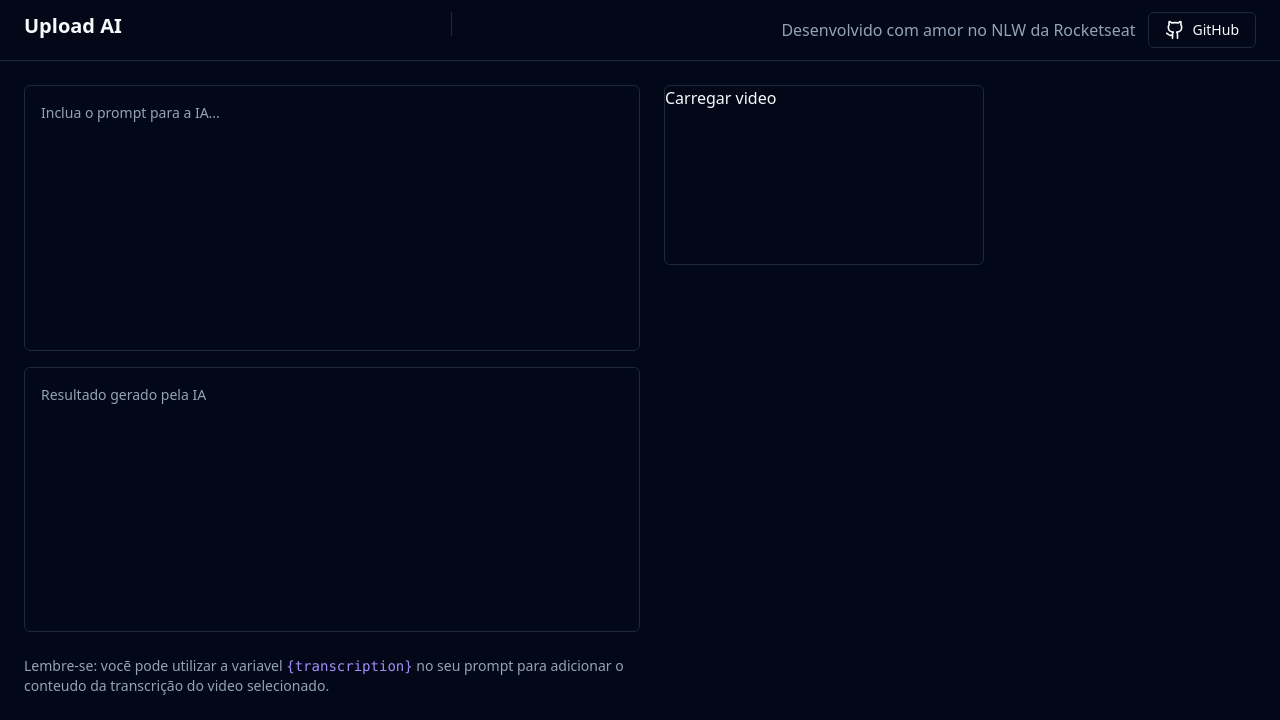
Repository: brksaian/nlw-2023-IA
Page: /
An editor plug-in stored every save of this project. The page is shown before and after the next save, followed by the edit.
The browser window is 1280 px wide. The pictures show the whole page.
The project was rebuilt for these pictures with package versions that can differ from the ones it lists, and the page was loaded fresh each time. Also part of the build but not shown: vite.config.ts.

Above is the page before, as saved 2023-09-12 22:23:34.

After the next save:
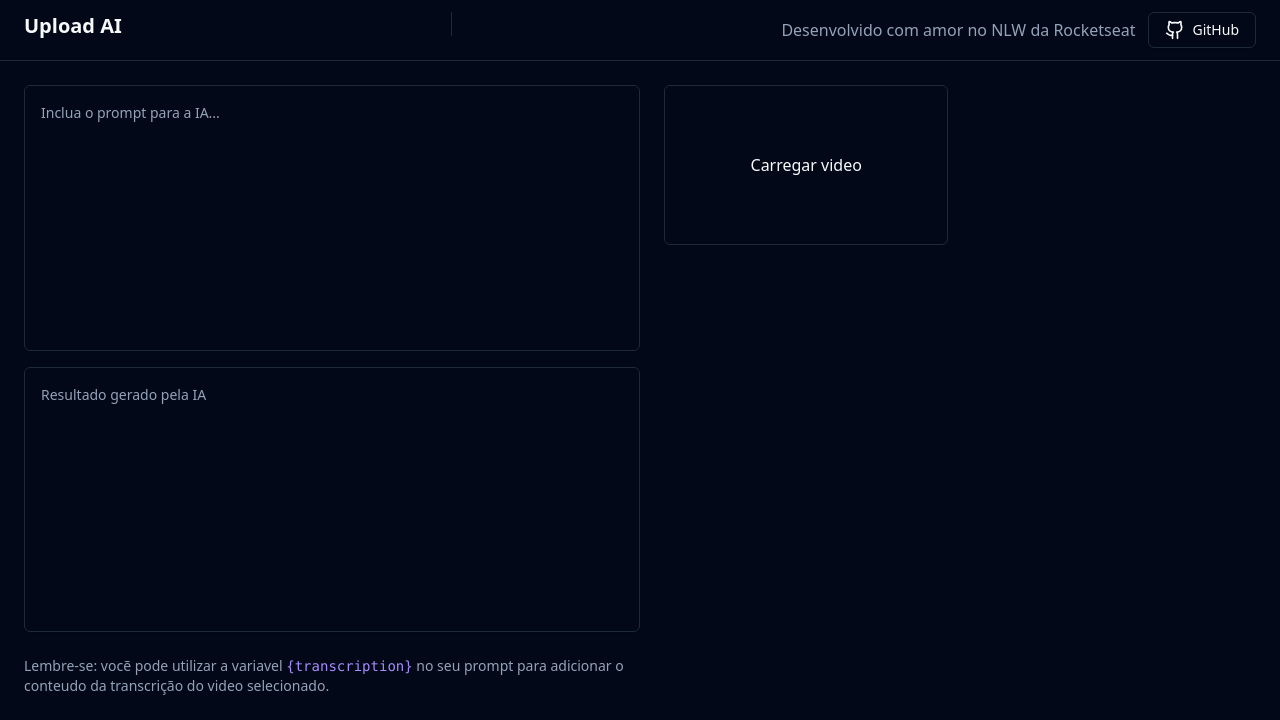
Saved 51 s later.
--- a/src/App.tsx
+++ b/src/App.tsx
@@ -45,7 +45,7 @@ export function App() {
           <form className="space-y-6">
             <label
               htmlFor="video"
-              className="border flex rounded-md aspect-video"
+              className="border flex rounded-md aspect-video cursor-pointer items-center justify-center h-40"
             >
               Carregar video
             </label>
